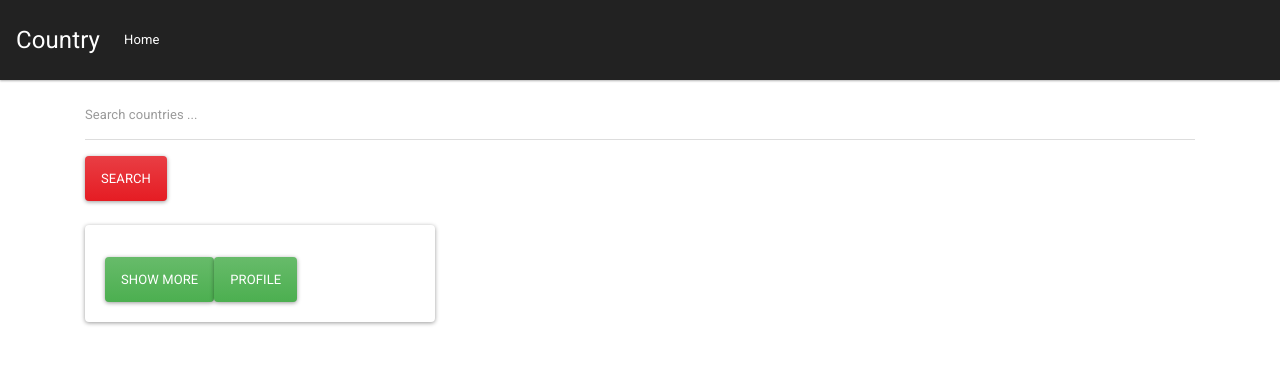
Repository: abdelhak-f/Countries_React
Page: / (app in client/)
An editor plug-in stored every save of this project. The page is shown before and after the next save, followed by the edit.
The browser window is 1280 px wide. The pictures show the whole page.
The page's requests for data from a server got no answer. The project was rebuilt for these pictures with package versions that can differ from the ones it lists, and the page was loaded fresh each time. No one was signed in, and anything a server would have sent is missing.

Above is the page before, as saved 2021-05-06 12:07:16.

After the next save:
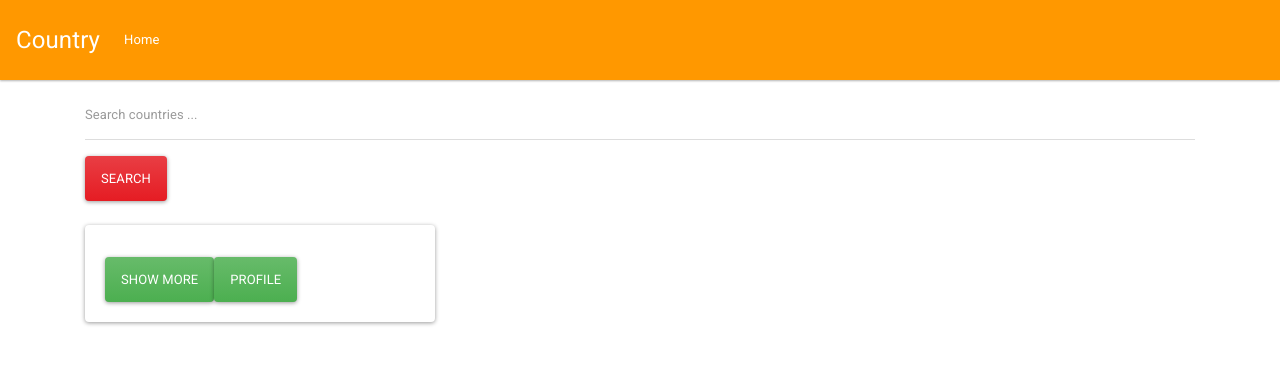
Saved 11 s later.
--- a/client/src/components/partials/Navbar.jsx
+++ b/client/src/components/partials/Navbar.jsx
@@ -3,7 +3,7 @@ import React from 'react';
 export default function Navbar() {
   return (
     <>
-    <nav className="navbar navbar-expand-sm navbar-dark bg-dark">
+    <nav className="navbar navbar-expand-sm navbar-dark bg-warning">
         <a className="navbar-brand" href="#">Country</a>
         <button className="navbar-toggler d-lg-none" type="button" data-toggle="collapse" data-target="#collapsibleNavId" aria-controls="collapsibleNavId"
             aria-expanded="false" aria-label="Toggle navigation">
